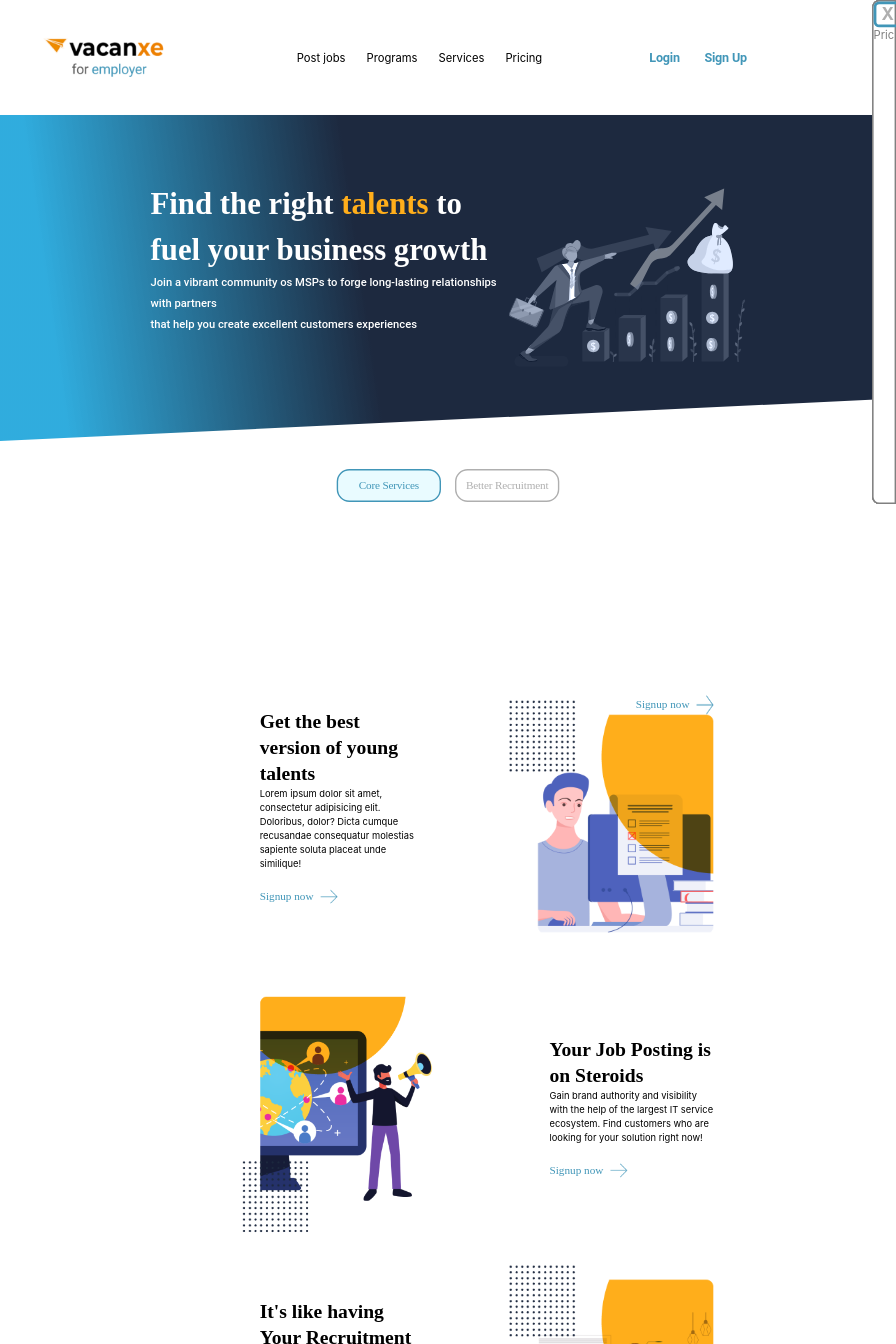
Repository: uh-sman/Vacanxe
Page: /, after clicking the first element matching `img.burger-img`
These files come from the project's save history. The page is drawn as it stood at one moment and after the next save; the edit follows.
The browser window is 1280 px wide. The pictures show the part of the page from y = 0 to 1920 px (the page is 3778 px tall), at 70% of full size.
The project was rebuilt for these pictures with package versions that can differ from the ones it lists, and the page was loaded fresh each time.

Above is the page before, as saved 2022-12-04 16:10:25.

After the next save:
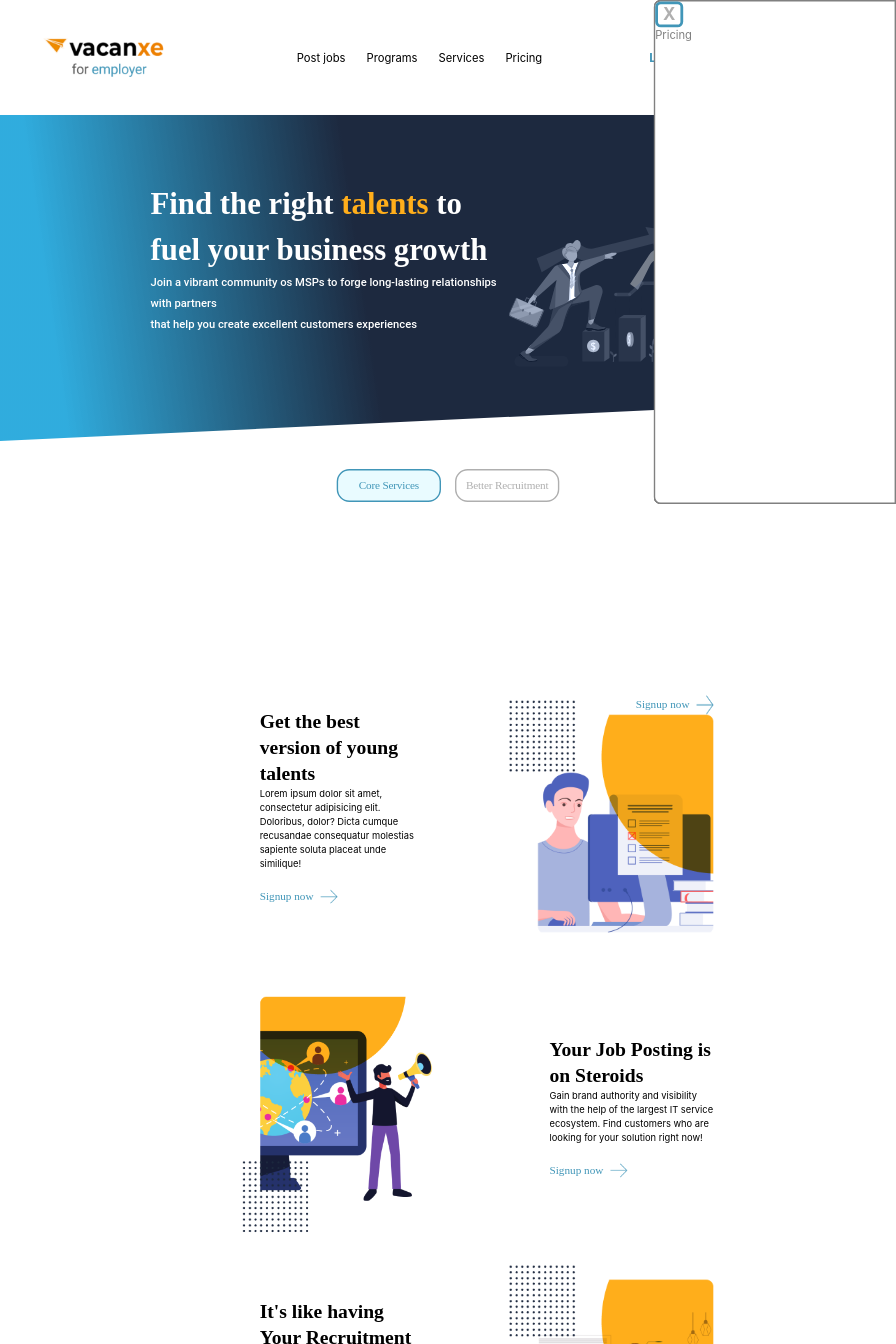
Saved 8 s later.
--- a/src/components/navbar.css
+++ b/src/components/navbar.css
@@ -85,7 +85,7 @@
   border-bottom-left-radius: 10px;
   z-index: 100;
   height: 100%;
-  width: 34px;
+  width: 346px;
   top: 0px;
   right: 0px;
   color: gray;
